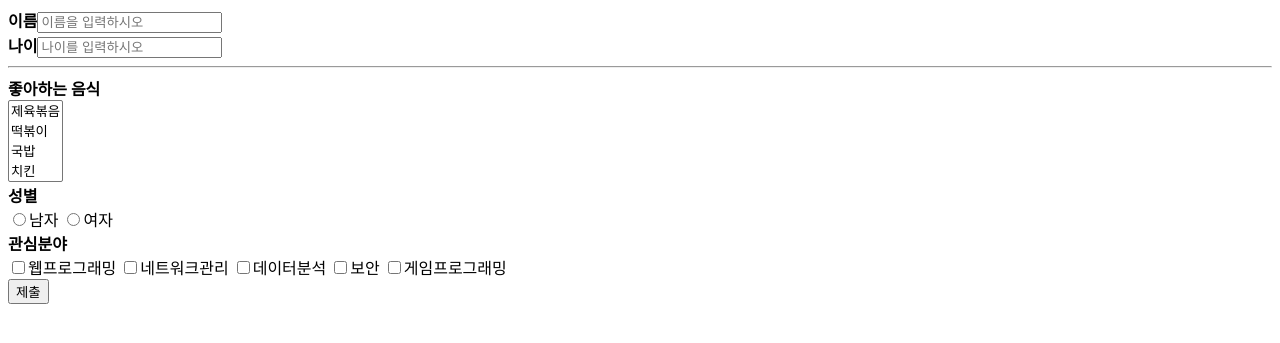
Repository: pillz9408/Jsp-Servlet
Page: jspstudy/day02/src/main/webapp/userInfo2.html
An editor plug-in stored every save of this project. The page is shown before and after the next save, followed by the edit.
The browser window is 1280 px wide. The pictures show the whole page.

Above is the page before, as saved 2022-10-05 03:20:06.

After the next save:
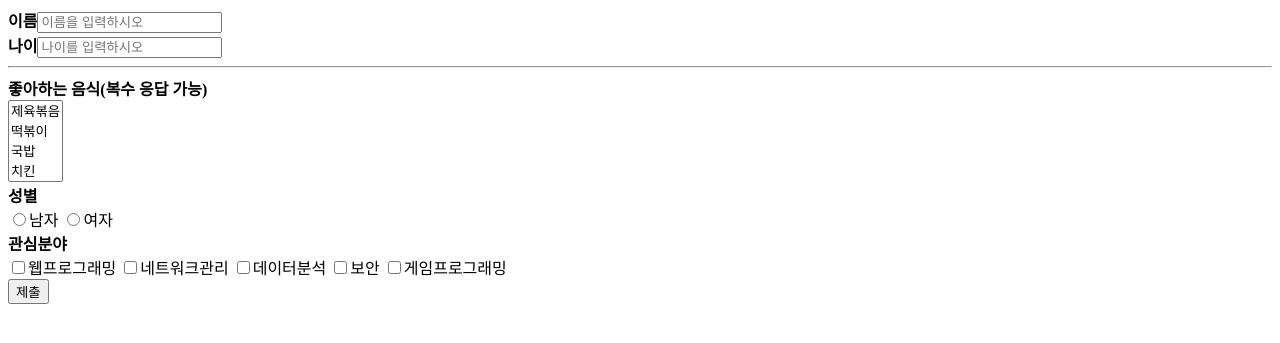
Saved 16 s later.
--- a/jspstudy/day02/src/main/webapp/userInfo2.html
+++ b/jspstudy/day02/src/main/webapp/userInfo2.html
@@ -9,7 +9,7 @@
 	<b>이름</b><input type="text" name="name" placeholder="이름을 입력하시오"><br>
 	<b>나이</b><input type="text" name="age" placeholder="나이를 입력하시오"><br>
 	<hr> <!--<hr>=구분선  -->
-	<b>좋아하는 음식</b><br><select name='food' multiple size=4><!--multiple = 복수 선택 가능  -->
+	<b>좋아하는 음식(복수 응답 가능)</b><br><select name='food' multiple size=4><!--multiple = 복수 선택 가능  -->
 		<option value="제육볶음">제육볶음
 		<option value="떡볶이">떡볶이
 		<option value="국밥">국밥
